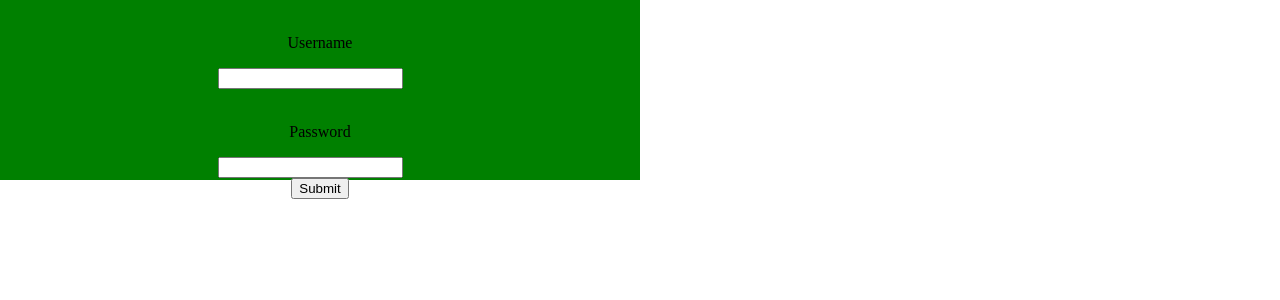
Repository: rdf004/playfab_blackjack
Page: /
These files come from the project's save history. The page is drawn as it stood at one moment and after the next save; the edit follows.
The browser window is 1280 px wide. The pictures show the whole page.
The project was rebuilt for these pictures with package versions that can differ from the ones it lists, and the page was loaded fresh each time. Also part of the build but not shown: src/Components/App.js.

Above is the page before, as saved 2020-05-07 20:15:08.

### src/index.js
import React from 'react';
import ReactDOM from 'react-dom';
import './Style/style.css';
import App from './Components/App';
import Login from './Components/Login';
import * as serviceWorker from './serviceWorker';

ReactDOM.render(
  <React.StrictMode>
    <Login />
  </React.StrictMode>,
  document.getElementById('root')
);

// If you want your app to work offline and load faster, you can change
// unregister() to register() below. Note this comes with some pitfalls.
// Learn more about service workers: https://bit.ly/CRA-PWA
serviceWorker.unregister();

### src/Style/style.css
.login-div {
    background-color: green;
    width: 50vw;
    height: 25vh;
    display: grid;
    text-align: center;
    grid-template-columns: 100%;
}

.login-item {
    margin: auto 20px;
}


html, body {
    margin:0;
    padding:0;
    width:100%;
    height:100%;
    overflow: auto;
}

### src/Components/Login.js
import React from 'react';

class Login extends React.Component {

    render() {
        return(
            <div className="login-page">
                <div className="login-div">
                    <form>
                        <div>
                            <label className="login-item">
                                <p className="login-field">Username</p>
                                <input type="text" name="username" />
                            </label>
                        </div>
                        <div>
                            <label className="login-item">
                                <p className="login-field">Password</p>
                                <input type="text" name="password" />
                            </label>
                        </div>
                        <input className="login-item" type="submit" value="Submit" />
                    </form>
                </div>
            </div>
        );
    }

}

export default Login;

Loaded but not shown: public/index.html (common file); src/serviceWorker.js (common file)

After the next save:
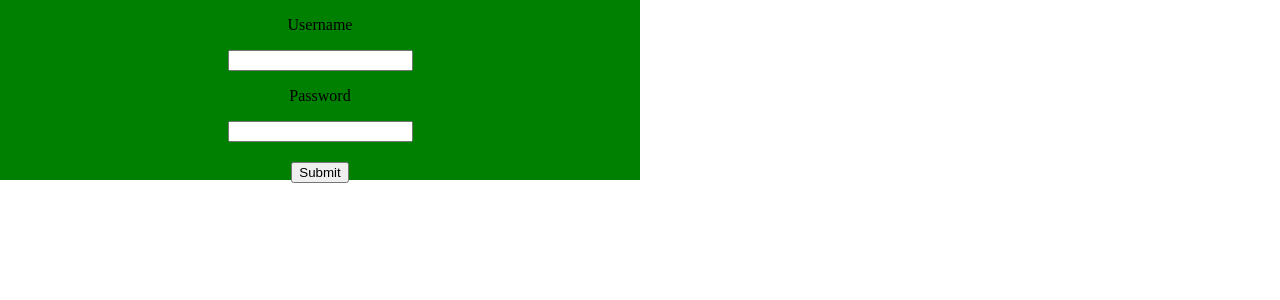
Saved 7 s later.
--- a/src/Style/style.css
+++ b/src/Style/style.css
@@ -8,7 +8,7 @@
 }
 
 .login-item {
-    margin: auto 20px;
+    margin: 20px auto;
 }
 
 
